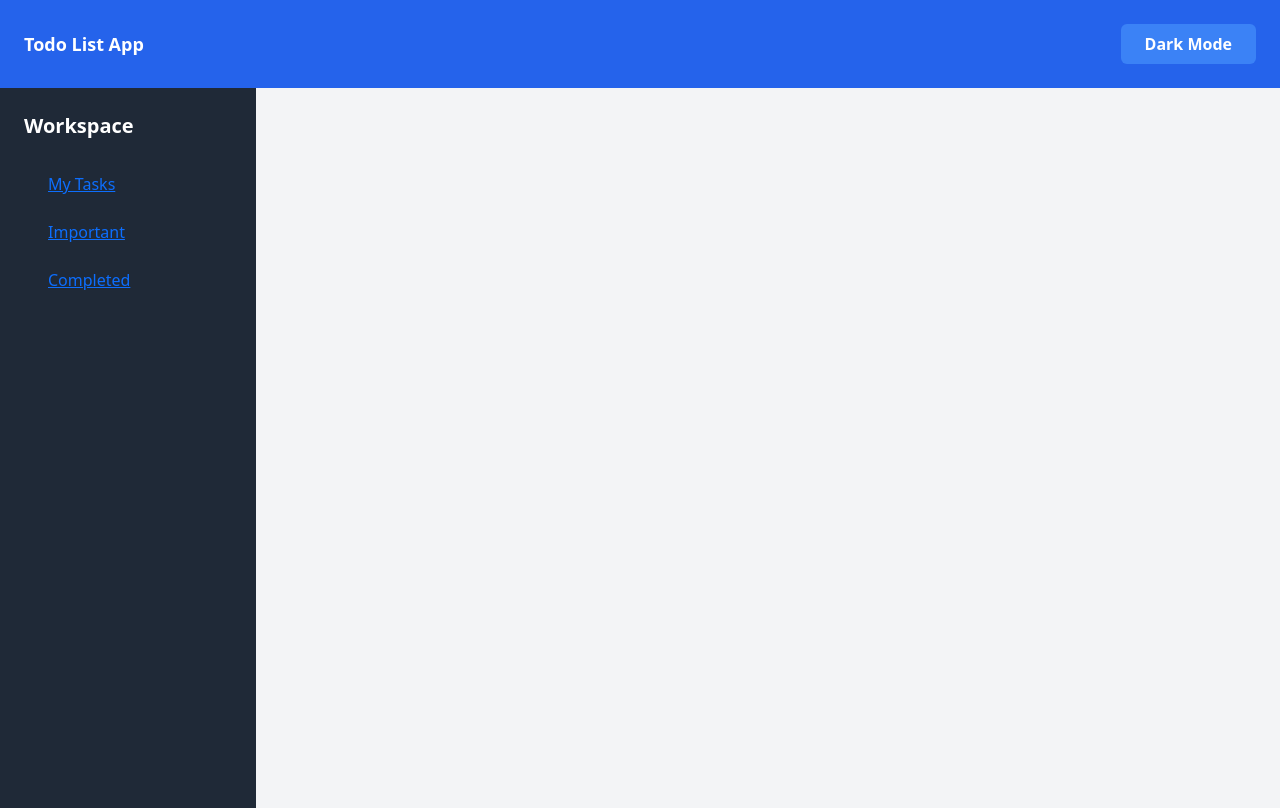
Repository: HPNChanel/Todo-List-Web-App
Page: /workspace (app in frontend/todolist/)
These files come from the project's save history. The page is drawn as it stood at one moment and after the next save; the edit follows.
The browser window is 1280 px wide. The pictures show the whole page.
The project was rebuilt for these pictures with package versions that can differ from the ones it lists, and the page was loaded fresh each time. Also part of the build but not shown: frontend/todolist/src/workspaces/MyTasks.js, frontend/todolist/src/workspaces/ImportantTasks.js, frontend/todolist/src/workspaces/CompletedTasks.js, frontend/todolist/src/components/TaskItem.js, frontend/todolist/src/components/TaskForm.js, frontend/todolist/src/components/TaskList.js.

Above is the page before, as saved 2024-11-09 11:52:47.

After the next save:
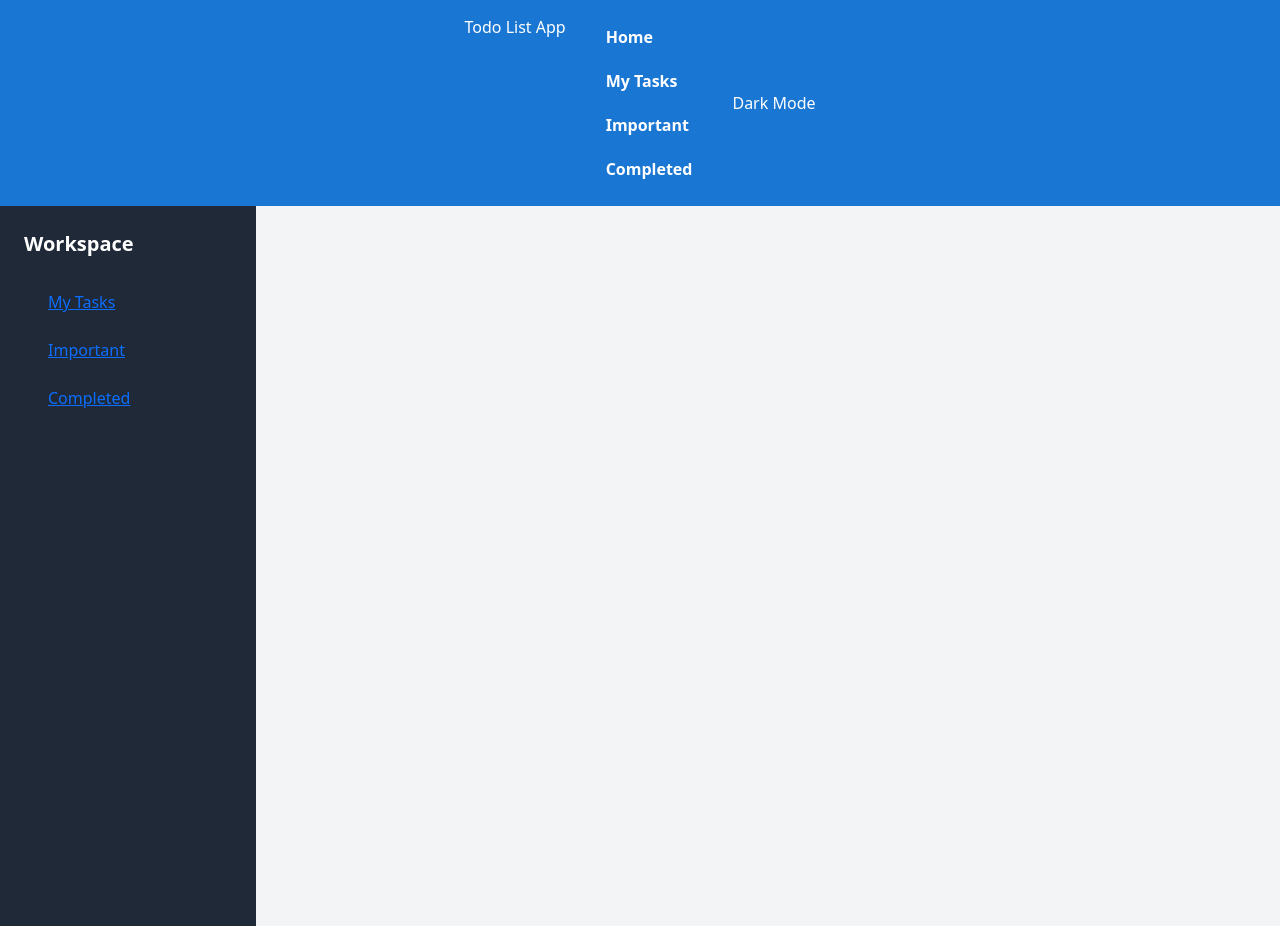
Saved 2 min 28 s later.
--- a/frontend/todolist/src/components/NavBar.js
+++ b/frontend/todolist/src/components/NavBar.js
@@ -1,14 +1,27 @@
 // src/components/NavBar.js
 import React from 'react';
+import { NavLink } from 'react-router-dom';
+import './NavBar.css';
 
 function NavBar({ isDarkMode, toggleDarkMode }) {
     return (
-        <div className={`p-4 flex items-center justify-between ${isDarkMode ? 'bg-gray-900 text-white' : 'bg-blue-600 text-white'}`}>
-            <div className="text-lg font-bold">Todo List App</div>
-            <button
-                onClick={toggleDarkMode}
-                className="bg-blue-500 hover:bg-blue-700 text-white font-bold py-2 px-4 rounded"
-            >
+        <div className={`nav-bar ${isDarkMode ? 'bg-gray-900 text-white' : 'bg-blue-600 text-white'}`}>
+            <div className="nav-title">Todo List App</div>
+            <div className="nav-links">
+                <NavLink to="/" exact activeClassName="active" className="nav-link">
+                    Home
+                </NavLink>
+                <NavLink to="/workspace/my-tasks" activeClassName="active" className="nav-link">
+                    My Tasks
+                </NavLink>
+                <NavLink to="/workspace/important" activeClassName="active" className="nav-link">
+                    Important
+                </NavLink>
+                <NavLink to="/workspace/completed" activeClassName="active" className="nav-link">
+                    Completed
+                </NavLink>
+            </div>
+            <button onClick={toggleDarkMode} className="dark-mode-toggle">
                 {isDarkMode ? 'Light Mode' : 'Dark Mode'}
             </button>
         </div>
